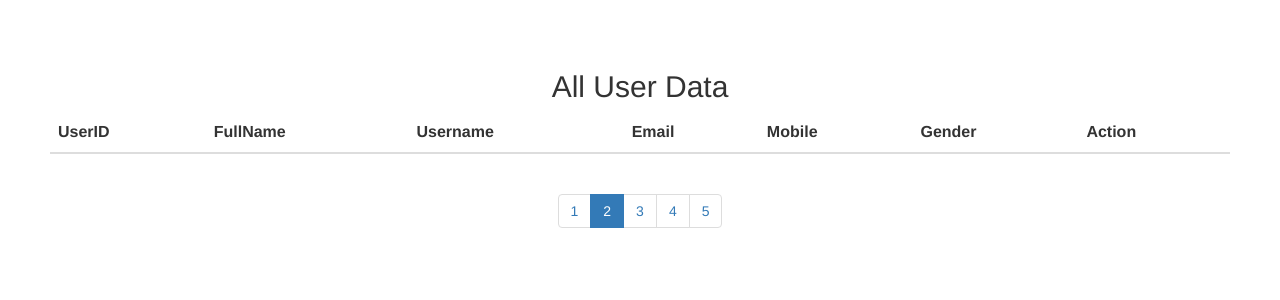
Repository: Asterisc-Institute/Advance-Java-Batch5
Page: http://localhost/Project01/show?page=1
An editor plug-in stored every save of this project. The page is shown before and after the next save, followed by the edit.
The browser window is 1280 px wide. The pictures show the whole page.
The page is served by Tomcat 9. Queries for data that is not in the repository find no rows.

Above is the page before, as saved 2023-05-16 12:40:39.

After the next save:
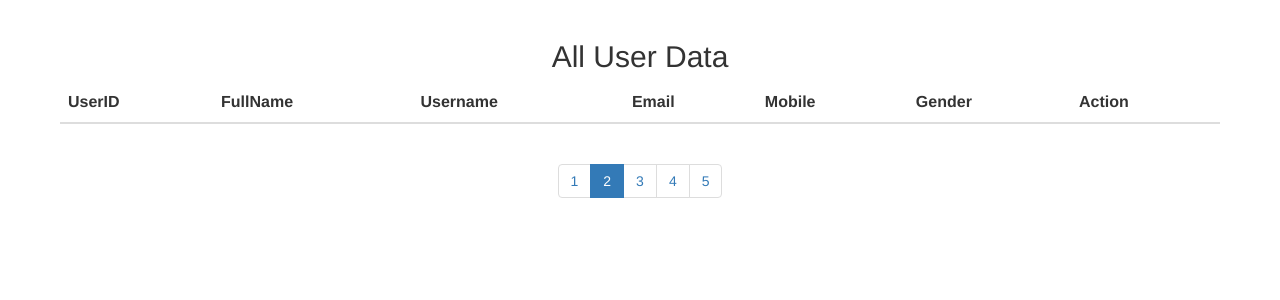
Saved 84 s later.
--- a/Project01/src/service/ShowServ.java
+++ b/Project01/src/service/ShowServ.java
@@ -25,7 +25,7 @@ public class ShowServ extends HttpServlet {
 		out.print("<script src='https://ajax.googleapis.com/ajax/libs/jquery/3.6.4/jquery.min.js'></script>");
 		out.print("<script src='https://maxcdn.bootstrapcdn.com/bootstrap/3.4.1/js/bootstrap.min.js'></script>");
 
-		out.print("<div style='padding:50px'>");
+		out.print("<div style='padding:20px 60px 30px 60px'>");
 		out.print("<center><H2>All User Data</H2></center>");
 
 
